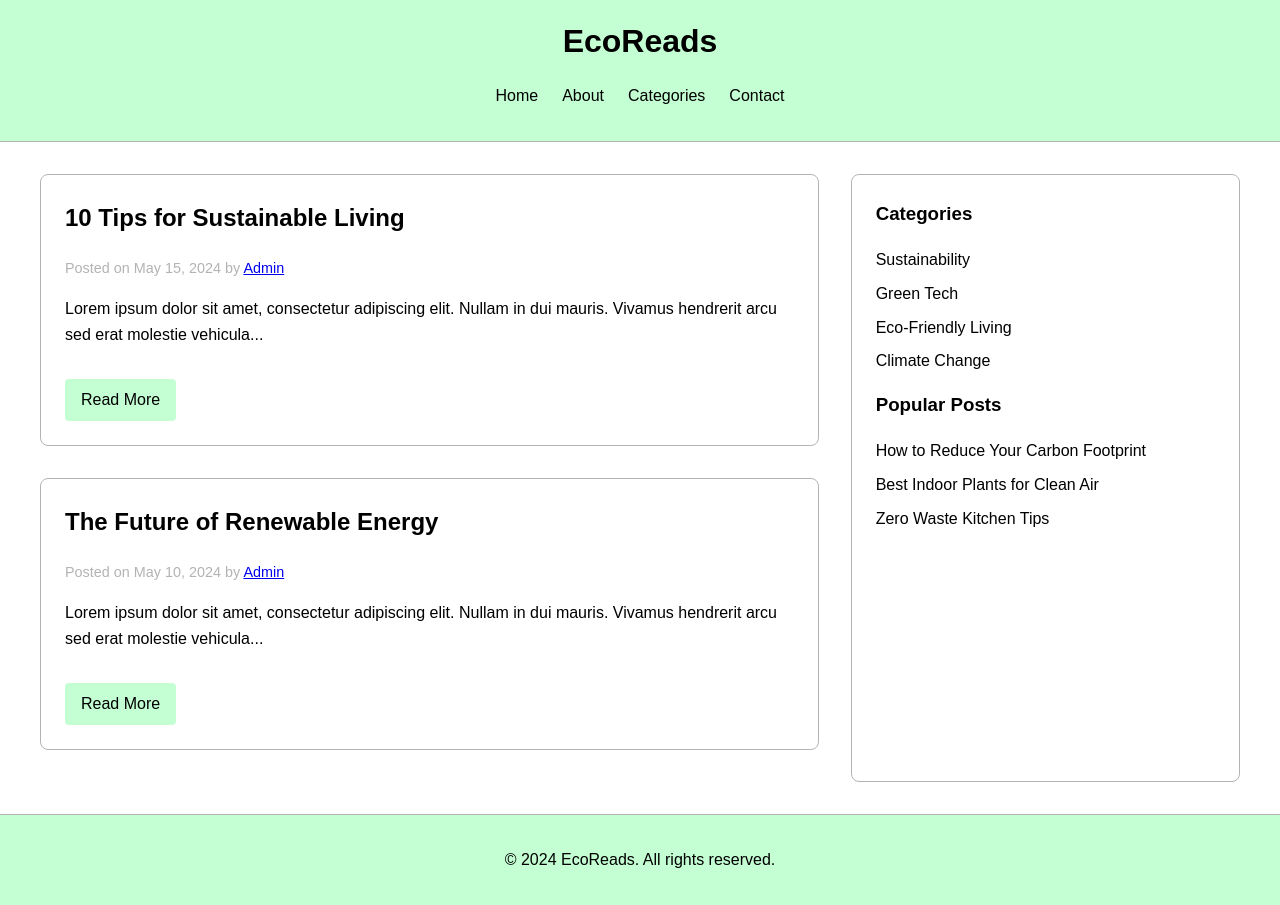
Repository: pjpatrick071/pjpatrick071.github.io
Page: blog/landingPage.html
The author's editor kept a copy of each file at every save. The page is drawn from the files as they stood at one save, then again after the next save.
The browser window is 1280 px wide. The pictures show the whole page.

Above is the page before, as saved 2025-04-02 20:42:24.

### blog/landingPage.html
<!DOCTYPE html>
<html lang="en">
<head>
    <meta charset="UTF-8">
    <meta name="viewport" content="width=device-width, initial-scale=1.0">
    <title>EcoReads | Green Blog</title>
    <style>
        /* Color Variables */
        :root {
            --soft-green: #c4ffd3;
            --silver: #b3b3b3;
            --black: #000000;
            --white: #ffffff;
        }

        /* Global Styles */
        body {
            font-family: 'Arial', sans-serif;
            line-height: 1.6;
            margin: 0;
            padding: 0;
            background-color: var(--white);
            color: var(--black);
        }

        /* Header */
        header {
            background-color: var(--soft-green);
            padding: 1rem 0;
            text-align: center;
            border-bottom: 1px solid var(--silver);
        }

        .logo {
            font-size: 2rem;
            font-weight: bold;
            margin: 0;
            color: var(--black);
        }

        nav ul {
            padding: 0;
            list-style: none;
            display: flex;
            justify-content: center;
            gap: 1.5rem;
        }

        nav a {
            text-decoration: none;
            color: var(--black);
            font-weight: 500;
        }

        nav a:hover {
            color: var(--silver);
        }

        /* Main Content */
        .container {
            max-width: 1200px;
            margin: 2rem auto;
            padding: 0 1rem;
            display: grid;
            grid-template-columns: 2fr 1fr;
            gap: 2rem;
        }

        /* Blog Posts */
        .blog-post {
            background-color: var(--white);
            border: 1px solid var(--silver);
            border-radius: 8px;
            padding: 1.5rem;
            margin-bottom: 2rem;
        }

        .post-title {
            color: var(--black);
            margin-top: 0;
        }

        .post-meta {
            color: var(--silver);
            font-size: 0.9rem;
            margin-bottom: 1rem;
        }

        .read-more {
            display: inline-block;
            background-color: var(--soft-green);
            color: var(--black);
            padding: 0.5rem 1rem;
            text-decoration: none;
            border-radius: 4px;
            margin-top: 1rem;
        }

        .read-more:hover {
            opacity: 0.8;
        }

        /* Sidebar */
        .sidebar {
            background-color: var(--white);
            border: 1px solid var(--silver);
            border-radius: 8px;
            padding: 1.5rem;
        }

        .sidebar-title {
            margin-top: 0;
            color: var(--black);
        }

        .sidebar ul {
            list-style: none;
            padding: 0;
        }

        .sidebar li {
            margin-bottom: 0.5rem;
        }

        .sidebar a {
            color: var(--black);
            text-decoration: none;
        }

        .sidebar a:hover {
            color: var(--silver);
        }

        /* Footer */
        footer {
            background-color: var(--soft-green);
            text-align: center;
            padding: 1rem 0;
            border-top: 1px solid var(--silver);
            margin-top: 2rem;
        }

        /* Responsive Design */
        @media (max-width: 768px) {
            .container {
                grid-template-columns: 1fr;
            }
        }
    </style>
</head>
<body>
    <!-- Header -->
    <header>
        <h1 class="logo">EcoReads</h1>
        <nav>
            <ul>
                <li><a href="#">Home</a></li>
                <li><a href="#">About</a></li>
                <li><a href="#">Categories</a></li>
                <li><a href="#">Contact</a></li>
            </ul>
        </nav>
    </header>

    <!-- Main Content -->
    <div class="container">
        <!-- Blog Posts Section -->
        <main>
            <article class="blog-post">
                <h2 class="post-title">10 Tips for Sustainable Living</h2>
                <p class="post-meta">Posted on May 15, 2024 by <a href="#">Admin</a></p>
                <p>Lorem ipsum dolor sit amet, consectetur adipiscing elit. Nullam in dui mauris. Vivamus hendrerit arcu sed erat molestie vehicula...</p>
                <a href="#" class="read-more">Read More</a>
            </article>

            <article class="blog-post">
                <h2 class="post-title">The Future of Renewable Energy</h2>
                <p class="post-meta">Posted on May 10, 2024 by <a href="#">Admin</a></p>
                <p>Lorem ipsum dolor sit amet, consectetur adipiscing elit. Nullam in dui mauris. Vivamus hendrerit arcu sed erat molestie vehicula...</p>
                <a href="#" class="read-more">Read More</a>
            </article>
        </main>

        <!-- Sidebar -->
        <aside class="sidebar">
            <h3 class="sidebar-title">Categories</h3>
            <ul>
                <li><a href="#">Sustainability</a></li>
                <li><a href="#">Green Tech</a></li>
                <li><a href="#">Eco-Friendly Living</a></li>
                <li><a href="#">Climate Change</a></li>
            </ul>

            <h3 class="sidebar-title">Popular Posts</h3>
            <ul>
                <li><a href="#">How to Reduce Your Carbon Footprint</a></li>
                <li><a href="#">Best Indoor Plants for Clean Air</a></li>
                <li><a href="#">Zero Waste Kitchen Tips</a></li>
            </ul>
        </aside>
    </div>

    <!-- Footer -->
    <footer>
        <p>&copy; 2024 EcoReads. All rights reserved.</p>
    </footer>
</body>
</html>

After the next save:
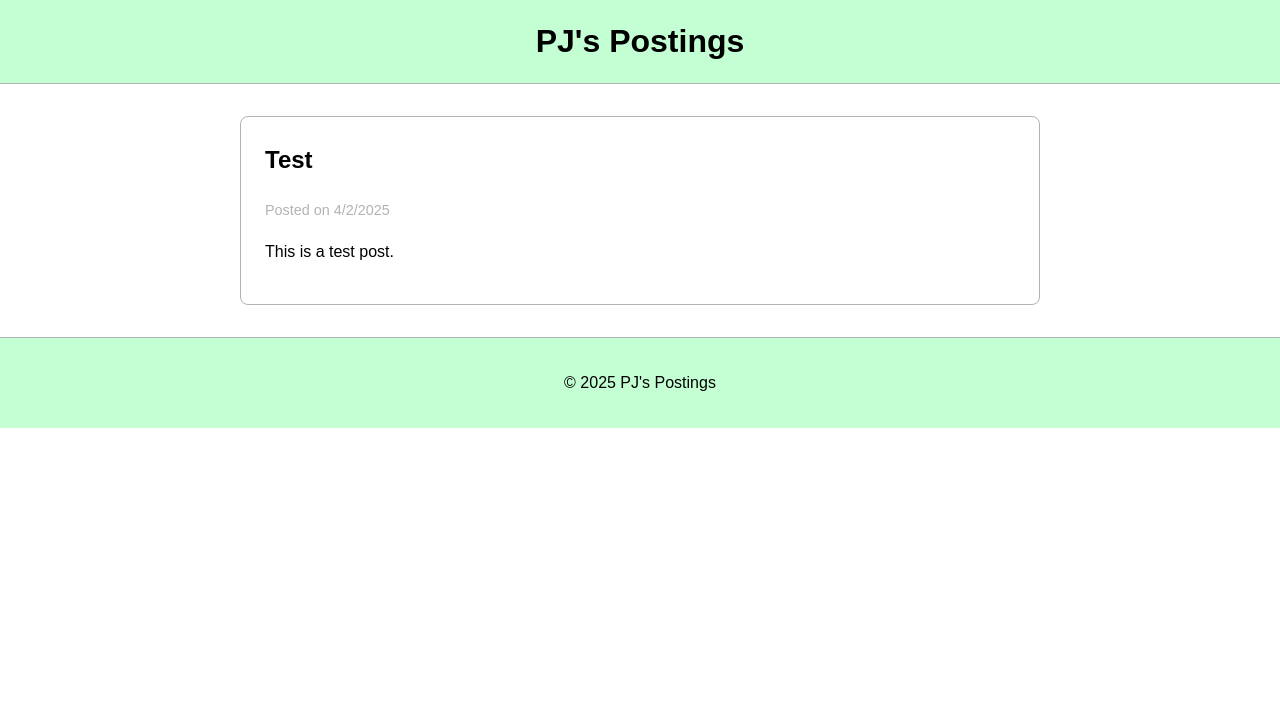
Saved 7 min 21 s later.
--- a/blog/landingPage.html
+++ b/blog/landingPage.html
@@ -3,9 +3,8 @@
 <head>
     <meta charset="UTF-8">
     <meta name="viewport" content="width=device-width, initial-scale=1.0">
-    <title>EcoReads | Green Blog</title>
+    <title>PJ's Postings</title>
     <style>
-        /* Color Variables */
         :root {
             --soft-green: #c4ffd3;
             --silver: #b3b3b3;
@@ -13,7 +12,6 @@
             --white: #ffffff;
         }
 
-        /* Global Styles */
         body {
             font-family: 'Arial', sans-serif;
             line-height: 1.6;
@@ -23,7 +21,6 @@
             color: var(--black);
         }
 
-        /* Header */
         header {
             background-color: var(--soft-green);
             padding: 1rem 0;
@@ -38,35 +35,12 @@
             color: var(--black);
         }
 
-        nav ul {
-            padding: 0;
-            list-style: none;
-            display: flex;
-            justify-content: center;
-            gap: 1.5rem;
+        .container {
+            max-width: 800px;
+            margin: 2rem auto;
+            padding: 0 1rem;
         }
 
-        nav a {
-            text-decoration: none;
-            color: var(--black);
-            font-weight: 500;
-        }
-
-        nav a:hover {
-            color: var(--silver);
-        }
-
-        /* Main Content */
-        .container {
-            max-width: 1200px;
-            margin: 2rem auto;
-            padding: 0 1rem;
-            display: grid;
-            grid-template-columns: 2fr 1fr;
-            gap: 2rem;
-        }
-
-        /* Blog Posts */
         .blog-post {
             background-color: var(--white);
             border: 1px solid var(--silver);
@@ -86,52 +60,6 @@
             margin-bottom: 1rem;
         }
 
-        .read-more {
-            display: inline-block;
-            background-color: var(--soft-green);
-            color: var(--black);
-            padding: 0.5rem 1rem;
-            text-decoration: none;
-            border-radius: 4px;
-            margin-top: 1rem;
-        }
-
-        .read-more:hover {
-            opacity: 0.8;
-        }
-
-        /* Sidebar */
-        .sidebar {
-            background-color: var(--white);
-            border: 1px solid var(--silver);
-            border-radius: 8px;
-            padding: 1.5rem;
-        }
-
-        .sidebar-title {
-            margin-top: 0;
-            color: var(--black);
-        }
-
-        .sidebar ul {
-            list-style: none;
-            padding: 0;
-        }
-
-        .sidebar li {
-            margin-bottom: 0.5rem;
-        }
-
-        .sidebar a {
-            color: var(--black);
-            text-decoration: none;
-        }
-
-        .sidebar a:hover {
-            color: var(--silver);
-        }
-
-        /* Footer */
         footer {
             background-color: var(--soft-green);
             text-align: center;
@@ -139,70 +67,23 @@
             border-top: 1px solid var(--silver);
             margin-top: 2rem;
         }
-
-        /* Responsive Design */
-        @media (max-width: 768px) {
-            .container {
-                grid-template-columns: 1fr;
-            }
-        }
     </style>
 </head>
 <body>
-    <!-- Header -->
     <header>
-        <h1 class="logo">EcoReads</h1>
-        <nav>
-            <ul>
-                <li><a href="#">Home</a></li>
-                <li><a href="#">About</a></li>
-                <li><a href="#">Categories</a></li>
-                <li><a href="#">Contact</a></li>
-            </ul>
-        </nav>
+        <h1 class="logo">PJ's Postings</h1>
     </header>
 
-    <!-- Main Content -->
     <div class="container">
-        <!-- Blog Posts Section -->
-        <main>
-            <article class="blog-post">
-                <h2 class="post-title">10 Tips for Sustainable Living</h2>
-                <p class="post-meta">Posted on May 15, 2024 by <a href="#">Admin</a></p>
-                <p>Lorem ipsum dolor sit amet, consectetur adipiscing elit. Nullam in dui mauris. Vivamus hendrerit arcu sed erat molestie vehicula...</p>
-                <a href="#" class="read-more">Read More</a>
-            </article>
-
-            <article class="blog-post">
-                <h2 class="post-title">The Future of Renewable Energy</h2>
-                <p class="post-meta">Posted on May 10, 2024 by <a href="#">Admin</a></p>
-                <p>Lorem ipsum dolor sit amet, consectetur adipiscing elit. Nullam in dui mauris. Vivamus hendrerit arcu sed erat molestie vehicula...</p>
-                <a href="#" class="read-more">Read More</a>
-            </article>
-        </main>
-
-        <!-- Sidebar -->
-        <aside class="sidebar">
-            <h3 class="sidebar-title">Categories</h3>
-            <ul>
-                <li><a href="#">Sustainability</a></li>
-                <li><a href="#">Green Tech</a></li>
-                <li><a href="#">Eco-Friendly Living</a></li>
-                <li><a href="#">Climate Change</a></li>
-            </ul>
-
-            <h3 class="sidebar-title">Popular Posts</h3>
-            <ul>
-                <li><a href="#">How to Reduce Your Carbon Footprint</a></li>
-                <li><a href="#">Best Indoor Plants for Clean Air</a></li>
-                <li><a href="#">Zero Waste Kitchen Tips</a></li>
-            </ul>
-        </aside>
+        <article class="blog-post">
+            <h2 class="post-title">Test</h2>
+            <p class="post-meta">Posted on <script>document.write(new Date().toLocaleDateString());</script></p>
+            <p>This is a test post.</p>
+        </article>
     </div>
 
-    <!-- Footer -->
     <footer>
-        <p>&copy; 2024 EcoReads. All rights reserved.</p>
+        <p>&copy; <script>document.write(new Date().getFullYear());</script> PJ's Postings</p>
     </footer>
 </body>
 </html>
